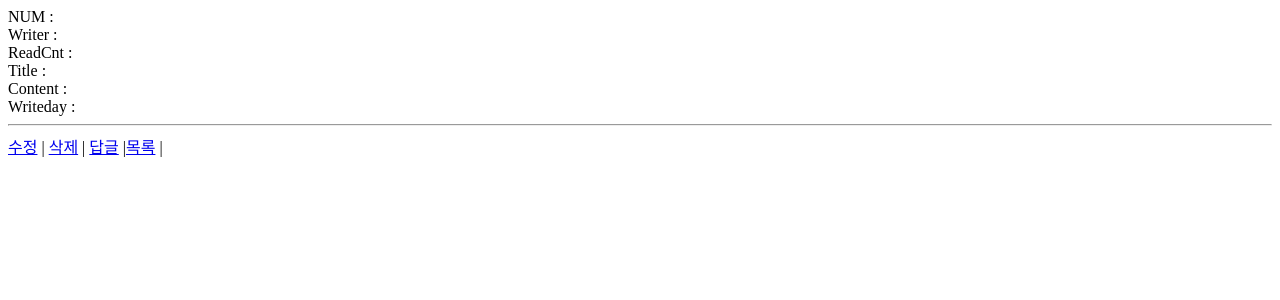
Repository: sanghshlsh/workspace_jsp
Page: http://localhost/Board2/read.jsp
These files come from the project's save history. The page is drawn as it stood at one moment and after the next save; the edit follows.
The browser window is 1280 px wide. The pictures show the whole page.
The page is served by Tomcat 9. Other server files are loaded and not shown. The template is opened directly, without the code that normally fills it, so the values that code supplies are empty.

Above is the page before, as saved 2020-06-08 03:33:35.

### Board2/WebContent/read.jsp
<%@ page language="java" contentType="text/html; charset=UTF-8"
    pageEncoding="UTF-8"%>
<%@ taglib uri="http://java.sun.com/jsp/jstl/core" prefix="c"%>
<%@ taglib uri="http://java.sun.com/jsp/jstl/fmt" prefix="fmt" %>
<%@ taglib uri="http://java.sun.com/jsp/jstl/functions" prefix="fn" %>

<!DOCTYPE html>
<html>
<head>
<meta charset="UTF-8">
<title>Insert title here</title>
</head>
<body>
NUM : ${dto.num }<br>
Writer : ${dto.writer }<br>
ReadCnt : ${dto.readcnt }<br>
Title : ${dto.title }<br>
Content : ${dto.content } <br>
Writeday : ${dto.writeday }

<hr>
<a href="updateui.do?num=${dto.num }">수정</a> | <a href="delete.do?num=${dto.num }">삭제</a> | <a href="reply.do?num=${dto.num }">답글</a> |<a href="list.do">목록</a> |
</body>
</html>

After the next save:
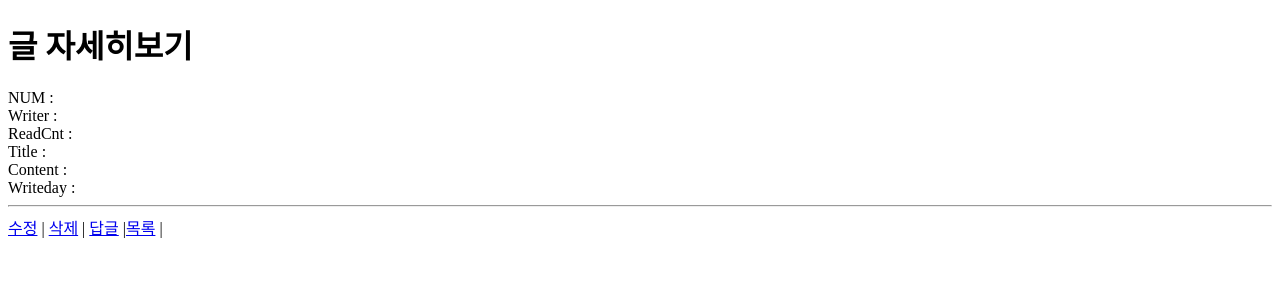
Saved 90 min 43 s later.
--- a/Board2/WebContent/read.jsp
+++ b/Board2/WebContent/read.jsp
@@ -11,6 +11,7 @@
 <title>Insert title here</title>
 </head>
 <body>
+<h1> 글 자세히보기</h1>
 NUM : ${dto.num }<br>
 Writer : ${dto.writer }<br>
 ReadCnt : ${dto.readcnt }<br>
